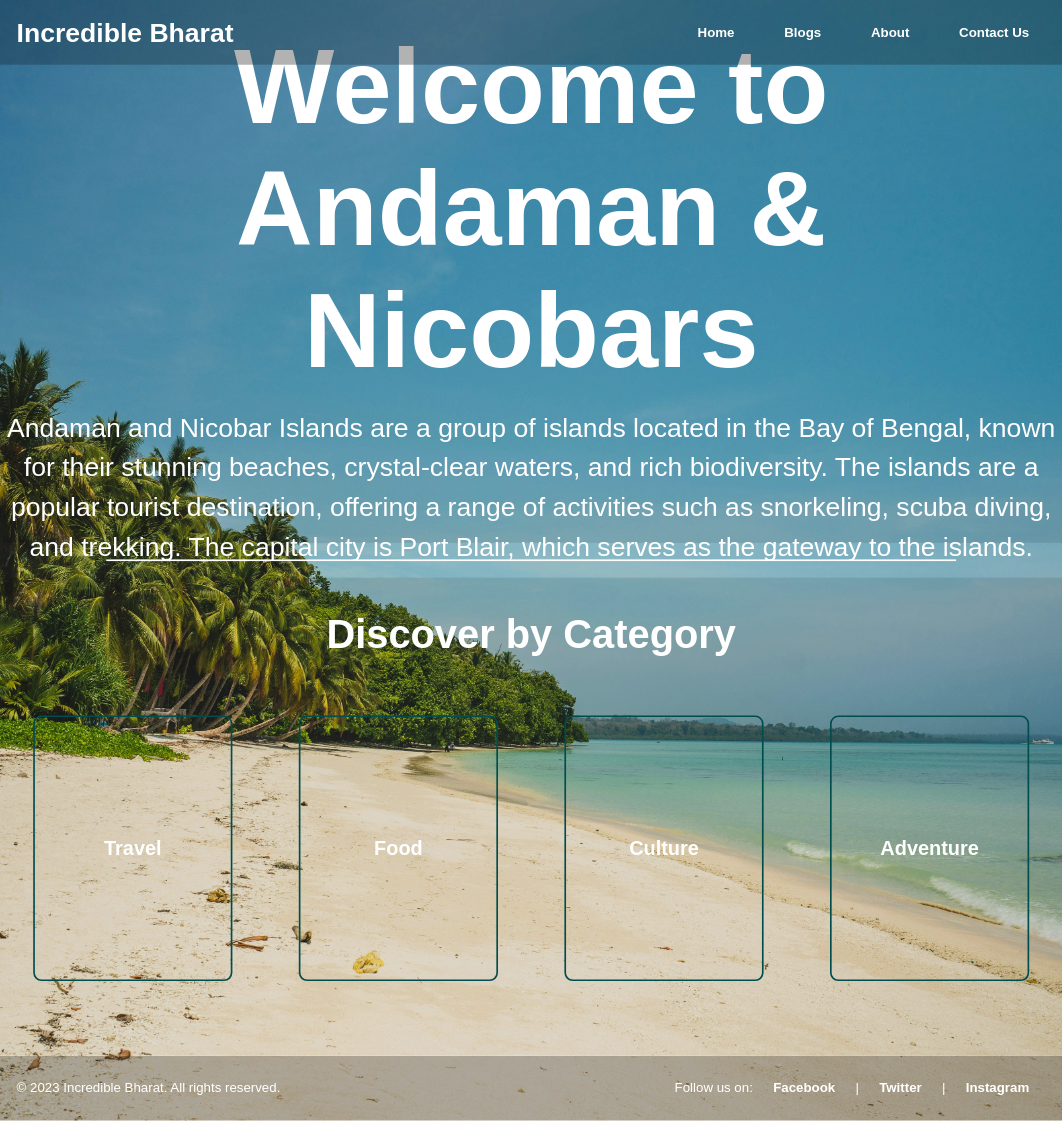
Repository: jaidhiman111/incrediblebharat
Page: destinations/Andaman&Nicobar.html
An editor plug-in stored every save of this project. The page is shown before and after the next save, followed by the edit.
The browser window is 1280 px wide. The pictures show the whole page, at 83% of full size.

Above is the page before, as saved 2025-05-01 20:17:43.

### destinations/Andaman&Nicobar.html
<!DOCTYPE html>
<html lang="en">

<head>
    <meta charset="UTF-8">
    <link rel="stylesheet" href="/assets/style.css">
    <meta name="viewport" content="width=device-width, initial-scale=1.0">
    <title>Document</title>
</head>

<body class="andaman-nicobar">
    <!-- This is the header of the page. -->
    <header class="header">
        <div class="logo">
            <h1>Incredible Bharat</h1>
        </div>
        <div class="nav">
            <nav>
                <ul>
                    <li>
                        <a href="/index.html">Home</a>
                        <a href="#">Blogs</a>
                        <a href="#">About</a>
                        <a href="#">Contact Us</a>
                    </li>
                </ul>
            </nav>
        </div>
    </header>
    <!-- This is the main content of the page. -->
    <main class="main-container">
        <section class="hero-section">
            <h2>Welcome to Andaman & Nicobars</h2>
            <p>Andaman and Nicobar Islands are a group of islands located in the Bay of Bengal, known for their stunning
                beaches, crystal-clear waters, and rich biodiversity. The islands are a popular tourist destination,
                offering a range of activities such as snorkeling, scuba diving, and trekking. The capital city is Port
                Blair, which serves as the gateway to the islands.</p>
        </section>
        <hr>
        <section class="state-section">
            <h2>Discover by Category</h2>
            <div class="card-section">
                <div class="card" id="travel">Travel</div>
                <div class="card" id="food">Food</div>
                <div class="card" id="culture">Culture</div>
                <div class="card" id="adventure">Adventure</div>
            </div>
        </section>
    </main>
    <!-- This is the footer of the page. -->
    <footer class="footer">
        <div>
            <p>&copy; 2023 Incredible Bharat. All rights reserved.</p>
        </div>
        <div>
            <p>Follow us on:
                <a href="#">Facebook</a> |
                <a href="#">Twitter</a> |
                <a href="#">Instagram</a>
        </div>
    </footer>
</body>

</html>

### assets/style.css
* {
    box-sizing: border-box;
    margin: 0;
    padding: 0;
}

.home {
    font-family: Arial, sans-serif;
    background-image: url('/media/bg-cover.jpg');
    background-size: cover;
    background-repeat: no-repeat;
    background-position: center;
    color: #fff;
}

.andaman-nicobar {
    font-family: Arial, sans-serif;
    background-image: url('/media/andaman.jpg');
    background-size: cover;
    background-repeat: no-repeat;
    background-position: center;
    color: #fff;
}


/* This is for header */
.header {
    background-color: rgba(0, 0, 0, 0.3);
    display: flex;
    justify-content: space-between;
    align-items: center;
    padding: 20px;
    position: sticky;
    top: 0;
    text-align: center;
}

li {
    list-style: none;
    display: flex;
    gap: 20px;
}

li a {
    padding: 10px 20px;
    border-radius: 5px;
    text-decoration: none;
    color: #fff;
    font-weight: bold;
}

li a:hover {
    color: #fff;
    transform: scale(1.1);}

/* This is for section */
section{
    background-color: rgba(0, 0, 0, 0.1);
}

.hero-section {
    display: flex;
    flex-direction: column;    /* stack items vertically */
    justify-content: center;   /* center vertically */
    align-items: center;       /* center horizontally */
    height: 80vh;
    text-align: center;
}

.hero-section h2 {
    font-size: 8rem;
    margin-bottom: 20px;
}

.hero-section p{
    font-size: 2rem;
    margin-bottom: 20px;
    max-width: 100rem;         /* limit the width of the paragraph */
    line-height: 1.5;        /* improve readability */
}

.hero-section a {
    text-decoration: none;
    color: #fff;
    font-size: 1.5rem;
    margin-bottom: 20px;
}

.hero-section a:hover {
    color: #fff;
    text-decoration: underline;
    transform: scale(1.1);
    transition: transform 0.3s ease-in-out;
}

hr {
    width: 80%;
    margin: 20px auto;
    border: 1px solid #fff;
}

.state-section {
    display: flex;
    flex-direction: column;    /* stack items vertically */
    justify-content: center;
    align-items: center;
    height: 80vh;
    text-align: center;
}

.state-section h2 {
    font-size: 3rem;
    margin-bottom: 20px;
}

.state-button {
    padding: 30px;
    max-width: 100rem;
    margin: 0 auto;
  }

  .state-button button {
    background-color: rgba(0, 0, 0, 0.4);  /* Soft blue */
    backdrop-filter: blur(5px); /* Optional: adds a blur effect to the background */
    border: none;
    border-radius: 8px;
    margin: 10px ;
    padding: 12px 20px;
    cursor: pointer;
    transition: background-color 0.3s ease;
    font-size: 16px;
    font-weight: 500;
  }

  .state-button button a {
    color: #ffffff;
    text-decoration: none;
    display: block;
    width: 100%;
    height: 100%;
  }

  .state-button button:hover {
    background-color: rgba(0, 0, 0, 0.7); /* Darker blue on hover */
    transform: scale(1.1); /* Slightly enlarge the button on hover */
    transition: transform 0.3s ease-in-out;
  }

  .card-section {
    display: flex;
    flex-wrap: wrap; /* Makes it responsive */
    justify-content: center;
    gap: 5rem;
    /* background-color: rgba(0, 0, 0, 0.4); */
    padding: 30px 20px;
    margin: 20px auto;
    max-width: 100%;
    border-radius: 10px;
}

.card {
    /* background-color: rgba(0, 0, 0, 0.3); */
    color: #fff;
    border: 2px solid #014d4e;
    border-radius: 10px;
    width: 15rem;
    height: 20rem;
    display: flex;
    align-items: center;
    justify-content: center;
    font-size: 1.5rem;
    font-weight: bold;
    cursor: pointer;
    transition: transform 0.3s ease, background-color 0.3s ease;
}

.card:hover {
    background-color: rgba(0, 0, 0, 0.3);
    color: #ffffff;
    transform: scale(1.05);
}


  /* This is for footer */

.footer {
    background-color: rgba(0, 0, 0, 0.3);
    display: flex;
    justify-content: space-between;
    align-items: center;
    padding: 20px;
    position: relative;
    bottom: 0;
    text-align: center;
}

.footer li {
    list-style: none;
    display: flex;
    gap: 20px;
}

.footer a {
    display: inline-block;
    padding: 10px 20px;
    border-radius: 5px;
    text-decoration: none;
    color: #fff;
    font-weight: bold;
}
.footer a:hover {
    color: #fff;
    transform: scale(1.1);

}

/* This is for media queries */
/* --- Andaman & Nicobar Page Enhancements --- */

After the next save:
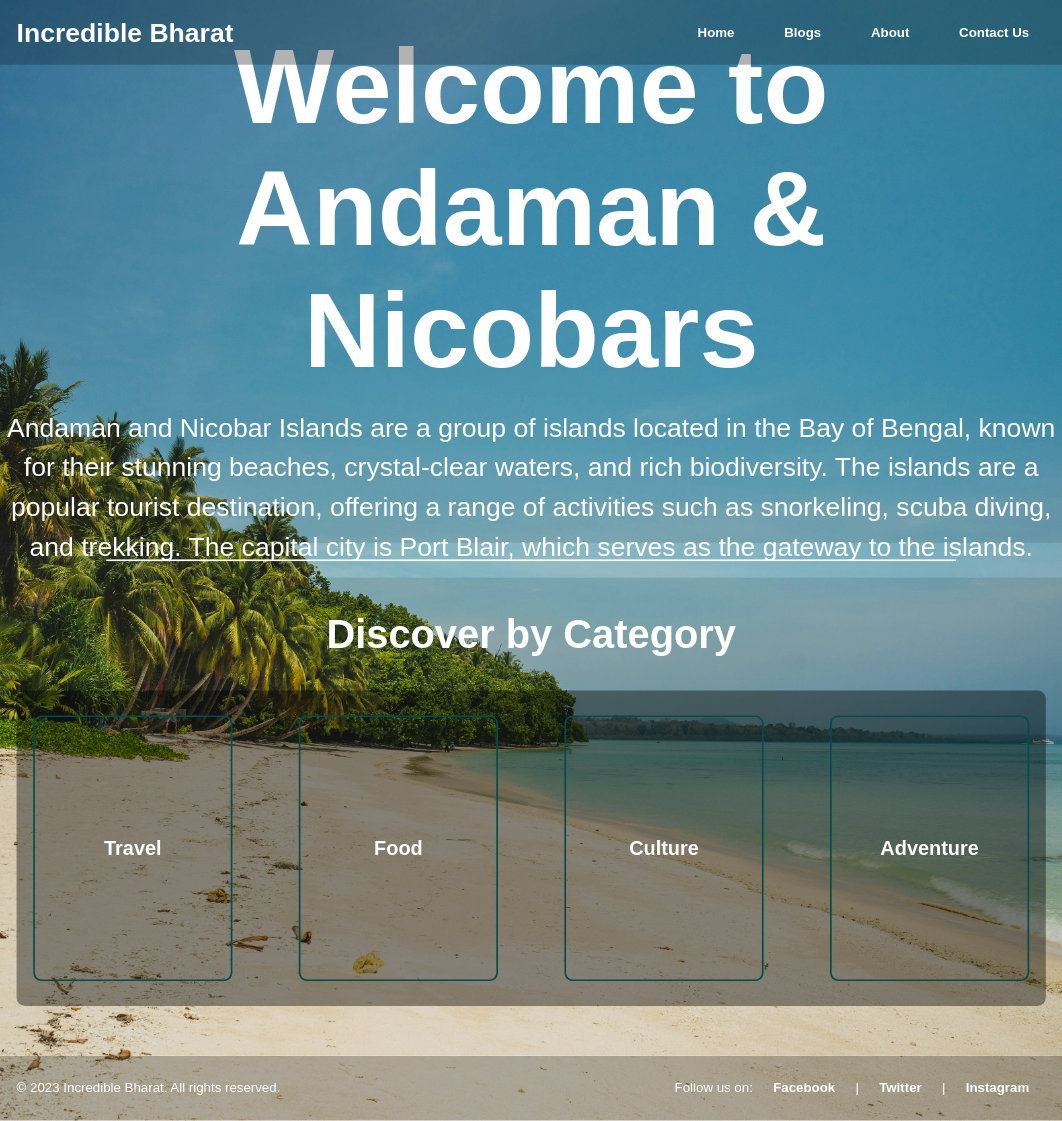
Saved 49 s later.
--- a/assets/style.css
+++ b/assets/style.css
@@ -151,7 +151,7 @@
     flex-wrap: wrap; /* Makes it responsive */
     justify-content: center;
     gap: 5rem;
-    /* background-color: rgba(0, 0, 0, 0.4); */
+    background-color: rgba(0, 0, 0, 0.4);
     padding: 30px 20px;
     margin: 20px auto;
     max-width: 100%;

After the save that followed:
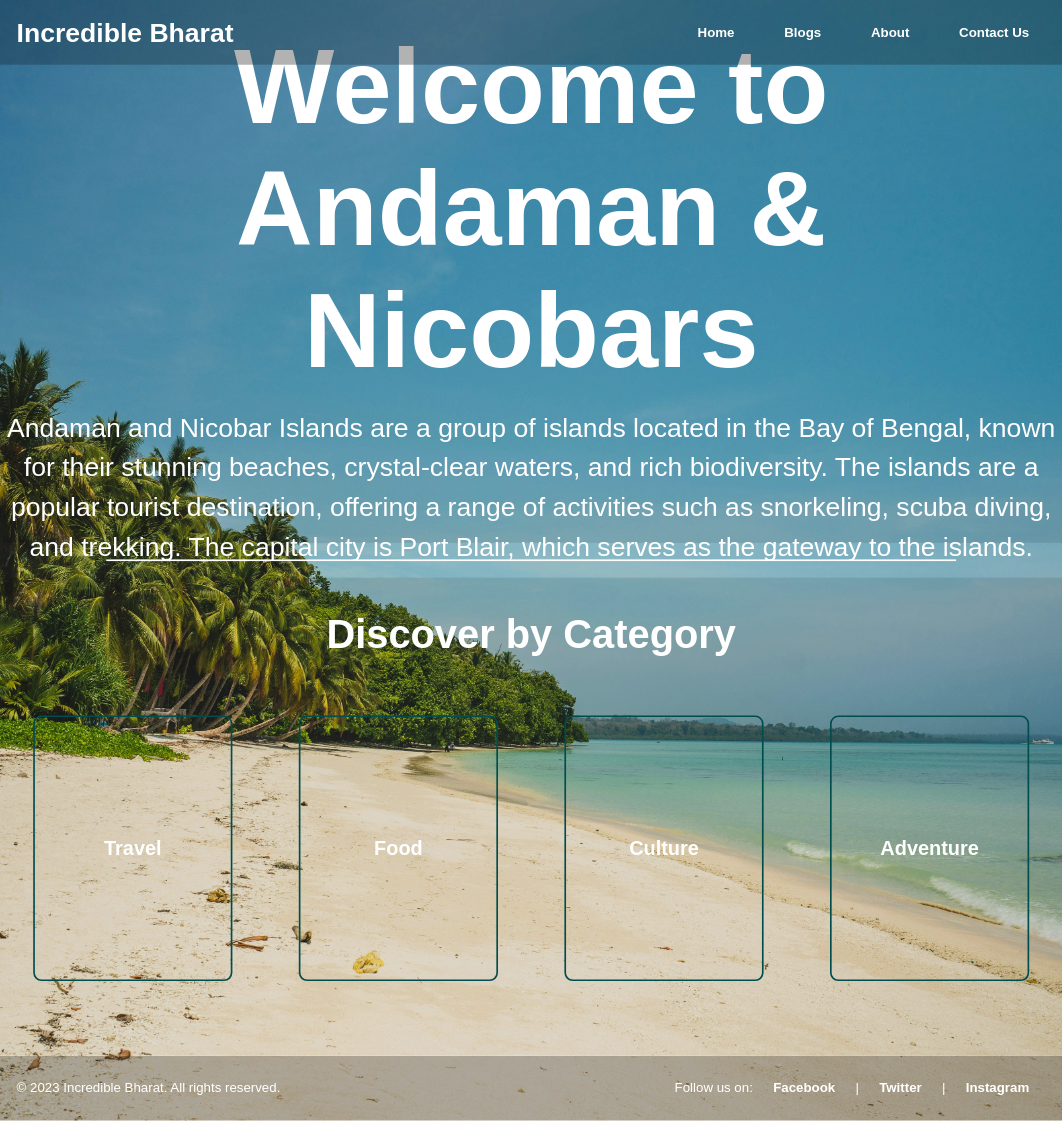
Saved 9 s later.
--- a/assets/style.css
+++ b/assets/style.css
@@ -151,7 +151,7 @@
     flex-wrap: wrap; /* Makes it responsive */
     justify-content: center;
     gap: 5rem;
-    background-color: rgba(0, 0, 0, 0.4);
+    /* background-color: rgba(0, 0, 0, 0.4); */
     padding: 30px 20px;
     margin: 20px auto;
     max-width: 100%;
